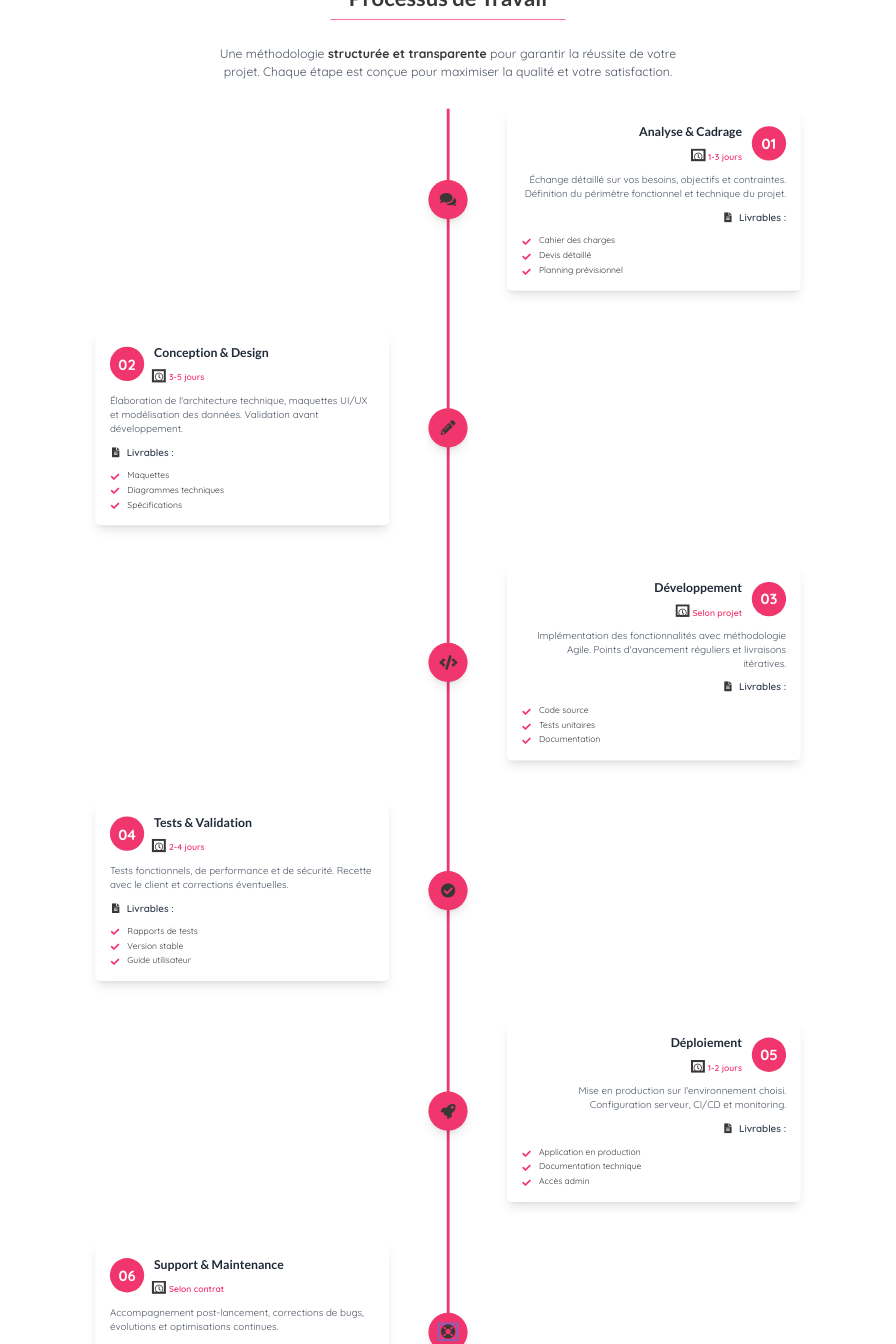
Repository: OussamSJ/Portfolio
Page: /projet
An editor plug-in stored every save of this project. The page is shown before and after the next save, followed by the edit.
The browser window is 1280 px wide. The pictures show the part of the page from y = 1636 to 3556 px (the page is 4216 px tall before and 4132 px after), at 70% of full size.
The project was rebuilt for these pictures with package versions that can differ from the ones it lists, and the page was loaded fresh each time. Also part of the build but not shown: src/ContactForm.js, src/Services.js, src/Badgescertifications.js, src/Home.js, src/Cv.js, src/Expcomponent.js, src/Experiences.js, src/FormationComponent.js and 6 more.

Above is the page before, as saved 2026-02-06 17:55:30.

### public/index.html
<!DOCTYPE html>
<html lang="en">
  <head>
    <meta charset="utf-8" />
    <link rel="icon" href="%PUBLIC_URL%/Logo-Devloper.png" />
    <meta name="viewport" content="width=device-width, initial-scale=1" />
    <meta name="theme-color" content="#000000" />
    <meta
      name="description"
      content="Web site created using create-react-app"
    />
    <link rel="apple-touch-icon" href="%PUBLIC_URL%/logo192.png" />
    <!--
      manifest.json provides metadata used when your web app is installed on a
      user's mobile device or desktop. See https://developers.google.com/web/fundamentals/web-app-manifest/
    -->
    <link rel="manifest" href="%PUBLIC_URL%/manifest.json" />
    <!--
      Notice the use of %PUBLIC_URL% in the tags above.
      It will be replaced with the URL of the `public` folder during the build.
      Only files inside the `public` folder can be referenced from the HTML.

      Unlike "/favicon.ico" or "favicon.ico", "%PUBLIC_URL%/favicon.ico" will
      work correctly both with client-side routing and a non-root public URL.
      Learn how to configure a non-root public URL by running `npm run build`.
    -->
    <title>Portfolio App</title>
  </head>
  <body>
    <noscript>You need to enable JavaScript to run this app.</noscript>
    <div id="root"></div>
    <!--
      This HTML file is a template.
      If you open it directly in the browser, you will see an empty page.

      You can add webfonts, meta tags, or analytics to this file.
      The build step will place the bundled scripts into the <body> tag.

      To begin the development, run `npm start` or `yarn start`.
      To create a production bundle, use `npm run build` or `yarn build`.
    -->
  </body>
</html>

### src/index.js
import React from 'react';
import ReactDOM from 'react-dom/client';
import './index.css';
import App from './App';
import reportWebVitals from './reportWebVitals';
import 'semantic-ui-css/semantic.min.css'

const root = ReactDOM.createRoot(document.getElementById('root'));
root.render(
  <React.StrictMode>
    <App />
  </React.StrictMode>
);

// If you want to start measuring performance in your app, pass a function
// to log results (for example: reportWebVitals(console.log))
// or send to an analytics endpoint. Learn more: https://bit.ly/CRA-vitals
reportWebVitals();

### src/index.css
@import url('https://fonts.googleapis.com/css2?family=Quicksand:wght@300;400;500;600;700&display=swap');
@tailwind base;
@tailwind components;
@tailwind utilities;

/* base styles */
* {
  margin: 0;
  font-family: -apple-system, BlinkMacSystemFont, 'Segoe UI', 'Roboto', 'Oxygen',
    'Ubuntu', 'Cantarell', 'Fira Sans', 'Droid Sans', 'Helvetica Neue',
    sans-serif;
  -webkit-font-smoothing: antialiased;
  -moz-osx-font-smoothing: grayscale;
  font-family: "Quicksand";
  color: #3b3737;
}

html {
  scroll-behavior: smooth;
}

code {
  font-family: source-code-pro, Menlo, Monaco, Consolas, 'Courier New',
    monospace;
}

.navbar {
  padding: 20px;
  display: flex;
  align-items: center;
  max-width: 1200px;
  margin: 0 auto;
  border-bottom: 1px solid #212020;

}

.navbar h1 {
  color: #f1356d;
}

.navbar .links {
  margin-left: auto;
}

.navbar a {
  margin-left: 16px;
  text-decoration: none;
  padding: 6px;
}

.navbar img {
  width: 40px;
  height: 40px;
  margin: 5px;
  object-fit: cover;
  /* remplit et rogne si besoin */
  border-radius: 50%;
  /* transforme le carré en cercle */
  display: block;
}

.navbar a:hover {
  color: #f1356d;
}


/* Responsive: cache les liens sur mobile */
.desktop-only {
  display: flex;
}


.mobile-toggle {
  display: none;
  margin-left: auto;
  cursor: pointer;
}

/* Responsive behavior */
/* Masque le menu desktop sur petits écrans */
@media (max-width: 768px) {
  .desktop-only {
    display: none !important;
  }

  .mobile-toggle {
    display: block !important;
    cursor: pointer;
  }
}


.content {
  max-width: 1200px;
  margin: 40px auto;
  padding: 20px;
}


.couverture {
  background-image:
    url("/public/couverture-portfolio.png");
  background-size: cover;
  /* couvre tout le conteneur sans déformation */
  background-position: center;
  /* centre l’image */
  background-repeat: no-repeat;
  /* pas de répétition */
  height: 100%;
  width: 100%;
  color: white;
  font-family: 'Orbitron', sans-serif;
  /* une police géométrique, proche de celle utilisée */

}






.couverture h1 {
  margin-top: 20px auto;
  margin-right: 50px;
  align-items: center;
  text-align: center;
  color: aliceblue;
  text-align: right;
  font-family: 'Agrandir Grand', sans-serif;
  /* une police futuriste */
}


.portfolio-footer {
  justify-content: space-between;
  display: flex;
  padding: 20px;
  border-top: 1px solid #212020;
}

.card-title {
  margin-bottom: 20px;

  padding: 0;
  font-size: 1.2rem;

}

.social-links a {
  list-style: none;
  all: unset;
  color: inherit;
  text-decoration: none;
  margin-left: auto;
  text-align: left;

}

.social-links img {
  width: 40%;
  height: 40%;
}


ul {
  list-style-type: none;
  padding: 0;
  margin: 0;

}

.social-links a:hover {
  color: #f1356d;
}

.footer-bottom {
  display: block;
  text-align: center;
}

ul li {
  text-align: left;

}



.not-found {
  justify-content: center;
  align-items: center;
  text-align: center;
  height: 50vh;
  margin-top: 200px;
  font-size: 3rem;
}


img-couverture {
  width: 100%;
  height: 100%;
  justify-content: flex-end;
  align-items: center;
  object-fit: fill;
  /* Remplit l'élément sans déformation */
  border-radius: 50%;
  /* Transforme le carré en cercle */
  display: flex;
}

/* Amélioration des styles pour le Navbar */

/* Style pour l'item actif dans le menu desktop */
.navbar .links .ui.menu .item.active {
  color: #f1356d !important;
  font-weight: bold;
  border-bottom: 3px solid #f1356d;
}

/* Hover sur les items du menu desktop */
.navbar .links .ui.menu .item:hover {
  color: #f1356d !important;
  transition: color 0.3s ease;
}

/* Style du sidebar mobile - override de Semantic UI */
.ui.sidebar.menu .item {
  transition: all 0.3s ease;
}
.ui.sidebar.menu .item.item.active {

  border-left: 4px solid #f1356d !important;
}

.ui.sidebar.menu .item:hover {
  background-color: rgba(241, 53, 109, 0.1) !important;
}

/* Animation de l'overlay */
@keyframes fadeIn {
  from {
    opacity: 0;
  }
  to {
    opacity: 1;
  }
}

.sidebar-overlay {
  animation: fadeIn 0.3s ease;
}

/* Amélioration du bouton hamburger */
.mobile-toggle {
  color: #3b3737;
  transition: transform 0.3s ease;
}

.mobile-toggle:hover {
  transform: scale(1.1);
  color: #f1356d;
}

/* Responsive - s'assurer que le toggle est visible uniquement sur mobile */
@media (min-width: 769px) {
  .mobile-toggle {
    display: none !important;
  }
}

@media (max-width: 768px) {
  .desktop-only {
    display: none !important;
  }

  .mobile-toggle {
    display: block !important;
  }
}

/* Animation pulse pour le badge disponibilité */
@keyframes pulse {
  0%, 100% {
    opacity: 1;
  }
  50% {
    opacity: 0.5;
  }
}

.animate-pulse {
  animation: pulse 2s cubic-bezier(0.4, 0, 0.6, 1) infinite;
}

/* Amélioration des transitions */
.transition-all {
  transition-property: all;
  transition-timing-function: cubic-bezier(0.4, 0, 0.2, 1);
  transition-duration: 300ms;
}

### src/App.js
import React from 'react';
import { BrowserRouter, Routes, Route } from 'react-router-dom';
import Home from './Home';
import Navbar from './Navbar';
import Cv from './Cv';
import Footbar from './Footbar';
import Experiences from './Experiences';
import Formation from './Formation';
import ProjetDetail from './projets/ProjetDetail';
import Projet from './projets/Projet';


function App() {
  return (
    <BrowserRouter>
      <div className="App">
        <div className='content'>
          <Routes>
            <Route path="/" element={<Home />} />
            <Route path="/cv" element={<Cv />} />
            <Route path="/experiences-professionnelle" element={<div ><Navbar /> <Experiences /><Footbar /></div>} />
            <Route path="/formation" element={<div ><Navbar /> <Formation /><Footbar /></div>} />
            <Route path="/projet" element={<div ><Navbar /> <Projet /><Footbar /></div>} />

           <Route path="/projet/:id" element={<div><Navbar /><ProjetDetail /><Footbar /></div>} />
            <Route path="*" element={
              <div >
                <Navbar />
                <h1 className='not-found' >Page introuvable</h1>
                <Footbar />
              </div>
            } />
          </Routes>
        </div>
      </div>
    </BrowserRouter>
  );
}

export default App;

### src/Footbar.js
import { color } from "framer-motion";

const Footbar = () => {
  return (
    <div className="footbar">
      {/* footbar  */}
      <footer className="portfolio-footer">

      <div className="card-deck">
        <div className="card">
        <div className="card-body">
          <h4 className="card-title">À propos</h4>
          <p className="card-text">Développeur Web passionné, créant des expériences utilisateur fluides.</p>
        </div>
        </div>
      </div>

      <div className="card-deck">
        <div className="card">
        <div className="card-body">
          <h4 className="card-title">Liens utiles</h4>
          <ul className="social-links" style={{ color: '#3b3737'}}>

          <li><a href="/">Accueil</a></li>
          <li><a href="/projet">Projet</a></li>
          <li><a href="/cv">CV</a></li>
          <li><a href="/formation">Formations</a></li>

          </ul>
        </div>
        </div>
      </div>

      <div className="card-deck">
        <div className="card">
        <div className="card-body">
          <h4 className="card-title">Suivez-moi</h4>
          <ul className="social-links">
          <li><a href="https://github.com/OussamSJ"> <img src="/github.svg" alt="GitHub" target="_blank" rel="noopener noreferrer"></img></a></li>
          <li><a href="https://www.linkedin.com/in/oussama-sj/"> <img src="/linkedin.svg" alt="LinkedIn" target="_blank" rel="noopener noreferrer"></img></a></li>
          <li><a href="https://www.instagram.com/oussama.sj/"> <img  src="/instagram.svg" alt="Instagram" target="_blank" rel="noopener noreferrer"></img></a></li>
          </ul>
        </div>
        </div>
      </div>

      </footer>
      <div className="footer-bottom">
      <p>© 2025 Oussama SEYID JEBARI <br /> Tous droits réservés.</p>
      </div>

    </div>

    );
}

export default Footbar;

### src/projets/Projet.js

import ProjetComponent from "./ProjetComponent";
import Card from 'react-bootstrap/Card';
import Processus from "../Processus";

export const projets = [
    {
        id: '1',
        titre: 'Project management tool',
        description: 'Un site personnel développé avec React et Tailwind CSS.',
        description_longue: 'Ce portfolio présente mes compétences, expériences et projets. Il est entièrement responsive et utilise React pour une navigation fluide. Le design est réalisé avec Tailwind CSS pour une personnalisation rapide et efficace.',
        image: "/logo-pmt.png",
    },
    {
        id: '2',
        titre: 'Football Player Search',
        description: 'une application mobile Android développée avec Kotlin.',
        description_longue: 'une application mobile Android conçue pour offrir une recherche intuitive et rapide d’informations sur les joueurs de football du monde entier.',
        image: '/Android_project_image.png',
    },
    {
        id: '3',
        titre: 'Machine Learning - Prédire le Prix de Vente immobilier',
        description: 'Modèle de maching learning conçu pour anticiper les tendances du marché immobilier.',
        description_longue: 'Améliorer la précision des estimations afin d’aider à la prise de décision pour la mise en vente, optimiser les marges, et anticiper les tendances du marché immobilier. Ce projet illustre mes compétences en machine learning, mon savoir-faire en manipulation de données complexes, et ma capacité à transformer des insights en solutions concrètes.',
        image: '/machinelearning_project.png',
    },
    {
        id: '4',
        titre: 'GameUP API',
        description: 'API Spring Boot pour la plateforme GamesUP',
        description_longue: 'API Spring Boot pour la plateforme GamesUP, dédiée à la gestion de jeux de société et aux recommandations personnalisées via Machine Learning.',
        image: '/GameUp-image.png',
    },
];

export default function Projet() {
    return (
        <div className="relative max-w-6xl mx-auto py-auto px-auto mt-10 mb-10">
            <h1 className="text-3xl font-bold mb-8 text-center p-8">Mes Projets</h1>
            <Card>
                <Card.Img variant="top" className=" w-200 h-80 mx-auto" src="projects_image.png" />
                <Card.Body>
                    <Card.Text>
                        <p className="text-gray-700 text-2xl p-10  mg-auto ">
                            Cette section regroupe l’ensemble de mes projets réalisés au cours de mon parcours en développement logicielle.
                            Ils couvrent des domaines variés : développement web frontend, développement web backend, microservices, systèmes distribués, projets scolaires, scripts utilitaires et expérimentations personnelles.
                            Chaque projet illustre une compétence ou un apprentissage spécifique, que ce soit dans l’architecture logicielle, l’intégration continue, l’optimisation ou l'expérience utilisateur.
                            Vous pouvez consulter le code source sur mon profil GitHub, ou cliquer sur chaque carte projet pour plus de détails.
                        </p>

                        {/*<p className="text-gray-700 font-bold text-3xl mb-20 mg-auto">
                            voir les autre projets :
                        </p> */}

                        {/*   Projets */}
                        <div className="relative z-10 grid grid-cols-1 sm:grid-cols-2 lg:grid-cols-3 gap-8">
                            {projets
                                .sort(() => Math.random() - 0.5)
                                .map((pr, index) => (
                                    <ProjetComponent key={index} index={index} {...pr} />
                                ))}
                        </div>
                    </Card.Text>
                </Card.Body>
            </Card>
            <br />
            <Processus />

        </div>
    );
}

### src/projets/ProjetComponent.js
import { Link } from 'react-router-dom';

export default function ProjetComponent({ id, titre,  image, description, description_longue }) {



  return (
    <div className="border  shadow p-4 max-w-sm">
    <img src={image} alt={titre} className="w-full h-40 object-cover rounded-md" />
    <h3 className="text-xl font-bold mt-2">{titre}</h3>
    <p className="text-sm text-gray-600">{description}</p>
    <Link to={`/projet/${id}`} className="text-[#f1356d] mt-2 inline-block"  onClick={() => window.scrollTo(0, 0)}>
      Voir le projet →
    </Link>
  </div>
  );
}

### src/Processus.js
import { motion } from "framer-motion";
import { Icon } from "semantic-ui-react";

const etapes = [
  {
    numero: "01",
    titre: "Analyse & Cadrage",
    description: "Échange détaillé sur vos besoins, objectifs et contraintes. Définition du périmètre fonctionnel et technique du projet.",
    icon: "comments",
    duree: "1-3 jours",
    livrables: ["Cahier des charges", "Devis détaillé", "Planning prévisionnel"]
  },
  {
    numero: "02",
    titre: "Conception & Design",
    description: "Élaboration de l'architecture technique, maquettes UI/UX et modélisation des données. Validation avant développement.",
    icon: "pencil alternate",
    duree: "3-5 jours",
    livrables: ["Maquettes", "Diagrammes techniques", "Spécifications"]
  },
  {
    numero: "03",
    titre: "Développement",
    description: "Implémentation des fonctionnalités avec méthodologie Agile. Points d'avancement réguliers et livraisons itératives.",
    icon: "code",
    duree: "Selon projet",
    livrables: ["Code source", "Tests unitaires", "Documentation"]
  },
  {
    numero: "04",
    titre: "Tests & Validation",
    description: "Tests fonctionnels, de performance et de sécurité. Recette avec le client et corrections éventuelles.",
    icon: "check circle",
    duree: "2-4 jours",
    livrables: ["Rapports de tests", "Version stable", "Guide utilisateur"]
  },
  {
    numero: "05",
    titre: "Déploiement",
    description: "Mise en production sur l'environnement choisi. Configuration serveur, CI/CD et monitoring.",
    icon: "rocket",
    duree: "1-2 jours",
    livrables: ["Application en production", "Documentation technique", "Accès admin"]
  },
  {
    numero: "06",
    titre: "Support & Maintenance",
    description: "Accompagnement post-lancement, corrections de bugs, évolutions et optimisations continues.",
    icon: "life ring",
    duree: "Selon contrat",
    livrables: ["Support réactif", "Mises à jour", "Rapports mensuels"]
  }
];

export default function Processus() {
  return (
    <section className="my-20 px-4py-16">
      <div className="max-w-7xl mx-auto">
        <h2 className="text-4xl font-bold mb-4 text-center">Processus de Travail</h2>
        <div className="relative top-1/2 w-1/3 mx-auto mb-10 h-0.5 bg-primary transform -translate-y-1/2 z-0 hidden  bg-gray-50  sm:block" />

        <p className="text-xl text-center text-gray-600 max-w-3xl mx-auto mb-12">
          Une méthodologie <strong>structurée et transparente</strong> pour garantir la réussite de votre projet.
          Chaque étape est conçue pour maximiser la qualité et votre satisfaction.
        </p>

        {/* Timeline */}
        <div className="relative">
          {/* Ligne verticale (desktop) */}
          <div className="absolute left-1/2 transform -translate-x-1/2 h-full w-1 bg-primary hidden lg:block" />

          {/* Étapes */}
          {etapes.map((etape, index) => {
            const isEven = index % 2 === 0;

            return (
              <motion.div
                key={index}
                initial={{ opacity: 0, x: isEven ? -50 : 50 }}
                whileInView={{ opacity: 1, x: 0 }}
                transition={{ duration: 0.6, delay: index * 0.1 }}
                viewport={{ once: true }}
                className={`relative mb-12 lg:mb-16 flex flex-col lg:flex-row items-center ${
                  isEven ? 'lg:flex-row-reverse' : ''
                }`}
              >
                {/* Contenu */}
                <div className={`w-full lg:w-5/12 ${isEven ? 'lg:text-right' : 'lg:text-left'}`}>
                  <div className="bg-white p-6 rounded-lg shadow-lg hover:shadow-xl transition-shadow duration-300">
                    {/* En-tête */}
                    <div className={`flex items-center gap-4 mb-4 ${isEven ? 'lg:flex-row-reverse' : ''}`}>
                      <div className="bg-primary text-white font-bold text-2xl w-14 h-14 rounded-full flex items-center justify-center flex-shrink-0">
                        {etape.numero}
                      </div>
                      <div>
                        <h3 className="text-xl font-bold text-gray-800">{etape.titre}</h3>
                        <p className="text-sm text-primary font-semibold">
                          <Icon name="clock outline" /> {etape.duree}
                        </p>
                      </div>
                    </div>

                    {/* Description */}
                    <p className="text-gray-600 mb-4">
                      {etape.description}
                    </p>

                    {/* Livrables */}
                    <div>
                      <div
  className={`flex mb-4 ${
    index % 2 === 0 ? "justify-end" : "justify-start"
  }`}
>
                      <p className="font-semibold text-gray-700 mb-2">
                        <Icon name="file alternate" /> Livrables :
                      </p>
                      </div>
                      <ul className={`text-sm text-gray-600 space-y-1 ${isEven ? 'lg:text-right' : ''}`}>
                        {etape.livrables.map((livrable, idx) => (
                          <li key={idx} className="flex items-center gap-2">
                            <Icon name="check" className="text-primary" />
                            <span>{livrable}</span>
                          </li>
                        ))}
                      </ul>
                    </div>
                  </div>
                </div>

                {/* Icône centrale (desktop) */}
                <div className="hidden lg:flex w-2/12 justify-center items-center">
                  <div className="bg-primary text-white w-16 h-16 rounded-full flex items-center justify-center shadow-lg z-10">
                    <Icon name={etape.icon} size="large" style={{ margin: 0 }} />
                  </div>
                </div>

                {/* Espace vide pour alignement (desktop) */}
                <div className="hidden lg:block w-5/12" />
              </motion.div>
            );
          })}
        </div>

        {/* Call to Action */}
        <div className="text-center mt-12 bg-white p-8 rounded-lg shadow-lg">
          <h3 className="text-2xl font-bold mb-4">Prêt à démarrer votre projet ?</h3>
          <p className="text-gray-600 mb-6">
            Contactez-moi pour discuter de vos besoins et obtenir un devis personnalisé.
          </p>
          <a
            href="#contact"
            className="inline-block bg-primary text-white font-bold py-3 px-8 rounded-lg hover:bg-blue-900 transition- duration-300 shadow-lg hover:text-ellipsis hover:shadow-xl"
          >
            Lancer mon projet
          </a>
        </div>
      </div>
    </section>
  );
}

### tailwind.config.js
/** @type {import('tailwindcss').Config} */
module.exports = {
  content: [  "./src/**/*.{js,ts,jsx,tsx}",],
  theme: {
    extend: {
      colors: {
        primary: '#f1356d', // Exemple
      },
    },
  },
  plugins: [],
}

Loaded but not shown: src/reportWebVitals.js (common file); src/Navbar.js (185 lines, source omitted)

After the next save:
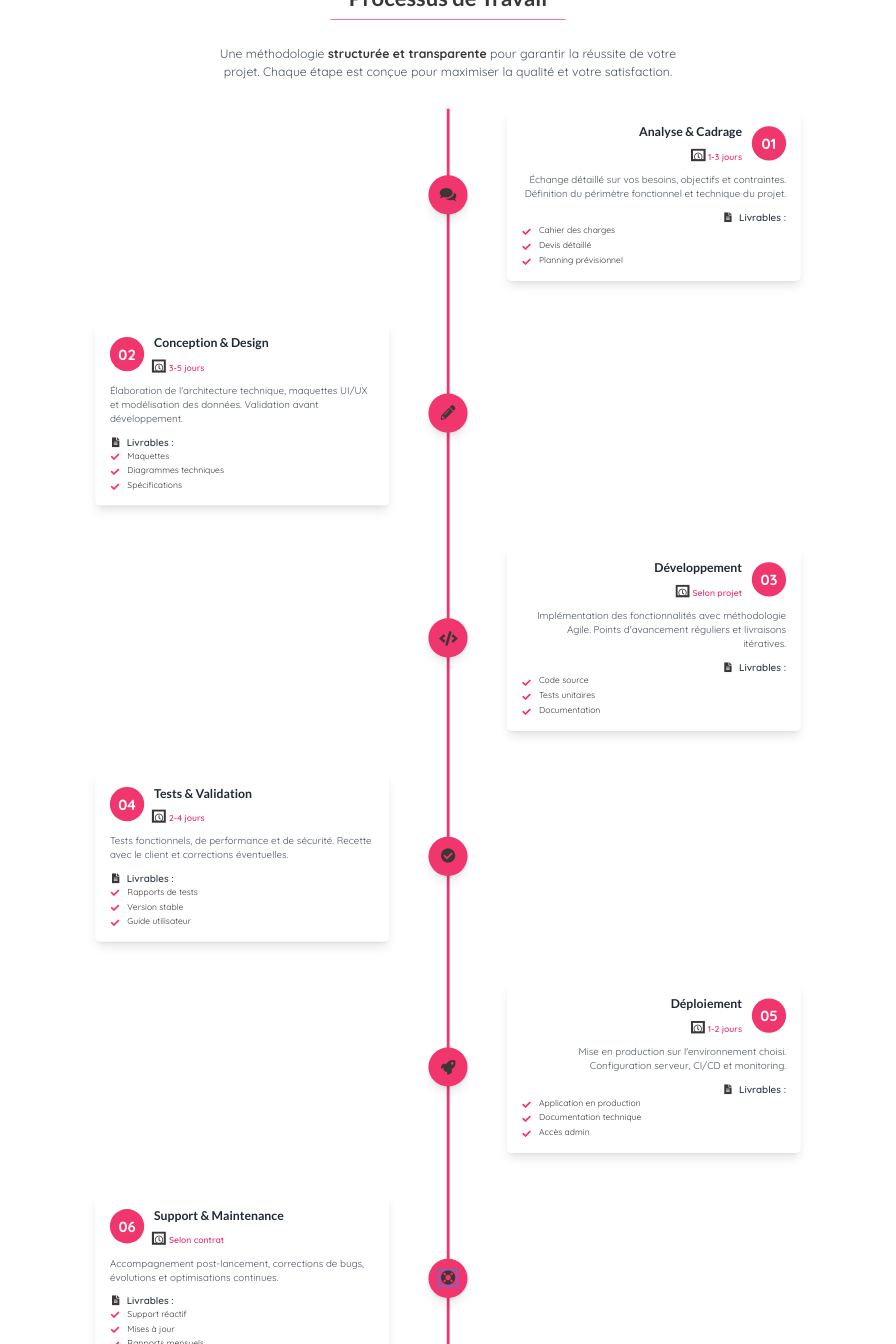
Saved 90 s later.
--- a/src/Processus.js
+++ b/src/Processus.js
@@ -107,11 +107,7 @@ export default function Processus() {
 
                     {/* Livrables */}
                     <div>
-                      <div
-  className={`flex mb-4 ${
-    index % 2 === 0 ? "justify-end" : "justify-start"
-  }`}
->
+                      <div>
                       <p className="font-semibold text-gray-700 mb-2">
                         <Icon name="file alternate" /> Livrables :
                       </p>
